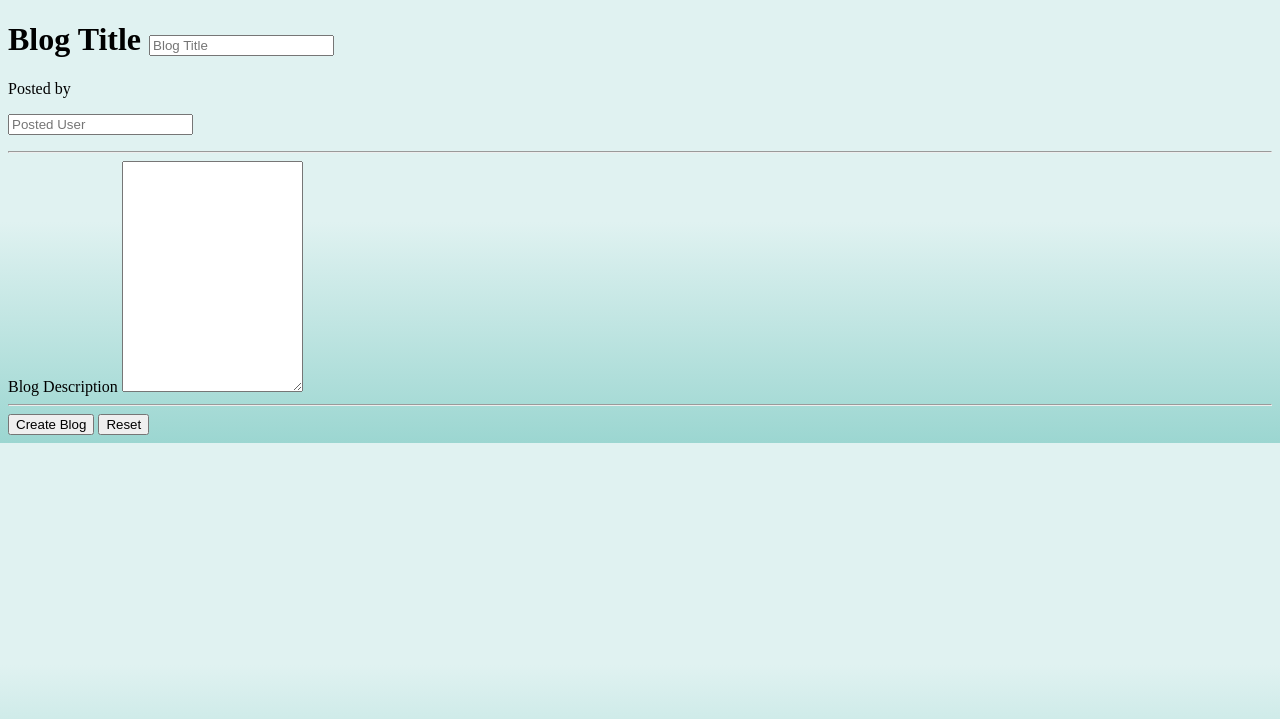
Repository: Indurupi/FriendZone
Page: FriendZoneFrontEnd/WebContent/createblog.html
These files come from the project's save history. The page is drawn as it stood at one moment and after the next save; the edit follows.
The browser window is 1280 px wide. The pictures show the whole page.

Above is the page before, as saved 2017-03-18 15:39:32.

### FriendZoneFrontEnd/WebContent/createblog.html
<!DOCTYPE html>
<html lang="en">
<meta charset="ISO-8859-1">
<head>

<meta charset="utf-8">
<meta http-equiv="X-UA-Compatible" content="IE=edge">
<meta name="viewport" content="width=device-width, initial-scale=1">
<meta name="description" content="">
<meta name="author" content="">
<title>FriendZone</title>

<!-- HTML5 Shim and Respond.js IE8 support of HTML5 elements and media queries -->
<!-- WARNING: Respond.js doesn't work if you view the page via file:// -->
<!--[if lt IE 9]>
        <script src="https://oss.maxcdn.com/libs/html5shiv/3.7.0/html5shiv.js"></script>
        <script src="https://oss.maxcdn.com/libs/respond.js/1.4.2/respond.min.js"></script>
        <![endif]-->
<style type="text/css">
body
{
background: linear-gradient(to bottom, #e0f2f1 50%, #80cbc4 120%);
}
</style>

</head>

<body ng-app="friendzoneApp">
	<div ng-controller="blogcontrol as bc">
		<div class="container">
			<div class="row">
				<div class="col-lg-8">
					<form ng-submit="bc.submitblog()" method="post">

						<!-- Blog Post -->

						<!-- Title -->
						<h1>
							<div class="form-group">
								<label>Blog Title</label> <input type="text"
									class="form-control" placeholder="Blog Title"
									ng-model="bc.blog.blogTitle">
							</div>
						</h1>

						<!-- Author -->
						<p class="lead">Posted by
						<div class="form-group">
							<input type="text" class="form-control" placeholder="Posted User"
								ng-model="bc.blog.postedUser">
						</div>
						</p>

						<hr>
						<div class="form-group">
							<label>Blog Description</label>
							<textarea class="form-control" rows="15"
								ng-model="bc.blog.blogDescription"></textarea>
						</div>
						<hr>
						<button class="btn" id="custom-button" type="submit">Create
							Blog</button>
						<button class="btn" id="custom-button" ng-click="bc.reset()"
							type="reset">Reset</button>
					</form>
				</div>
			</div>
		</div>
		<!-- <div ng-repeat="blogobj in bc.blogs">
			userid:{{blogobj.userId}}<br> posteddate:{{blogobj.postedDate}}<br>
			blogid:{{blogobj.blogid}}<br> posteduser:{{blogobj.postedUser}}<br>
			blogtitle:{{blogobj.blogTitle}}<br>
			blogdescription:{{blogobj.blogDescription}}<br><br>
			<br>
		</div> -->
	</div>
</body>
</html>

After the next save:
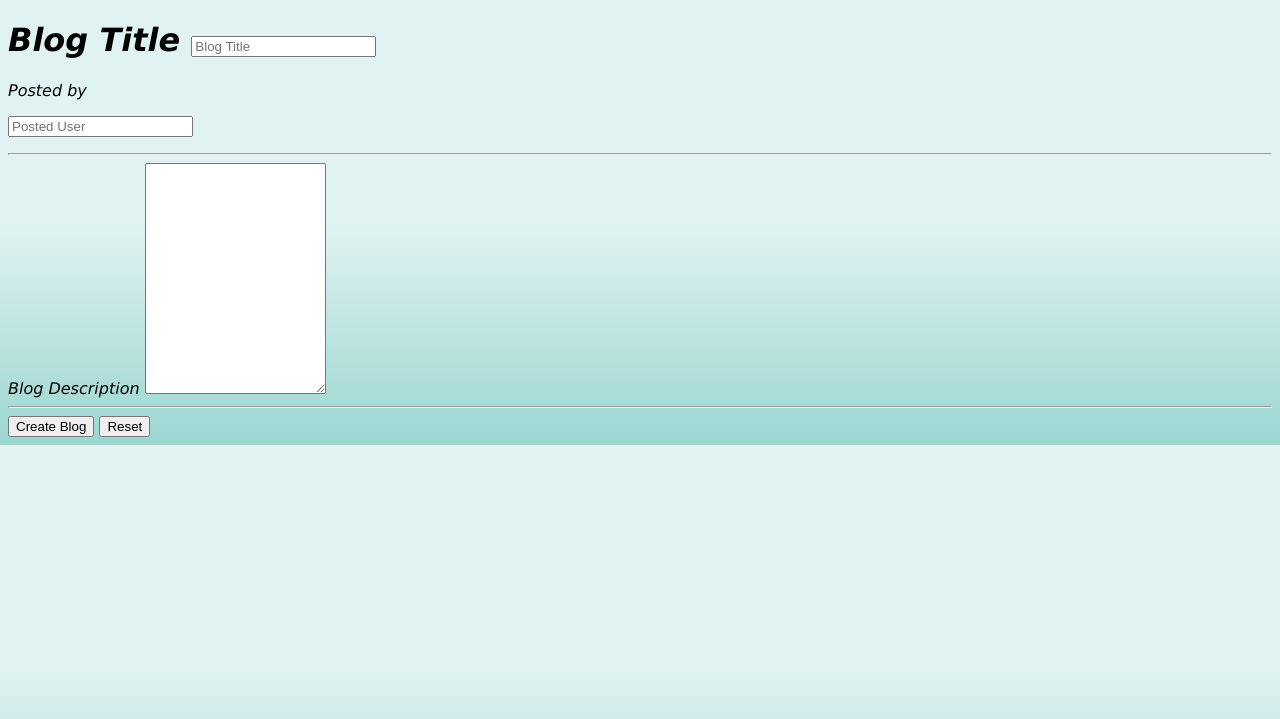
Saved 43 s later.
--- a/FriendZoneFrontEnd/WebContent/createblog.html
+++ b/FriendZoneFrontEnd/WebContent/createblog.html
@@ -20,6 +20,8 @@
 body
 {
 background: linear-gradient(to bottom, #e0f2f1 50%, #80cbc4 120%);
+font-family: Verdana, san-serif;
+font-style: italic;
 }
 </style>
 
